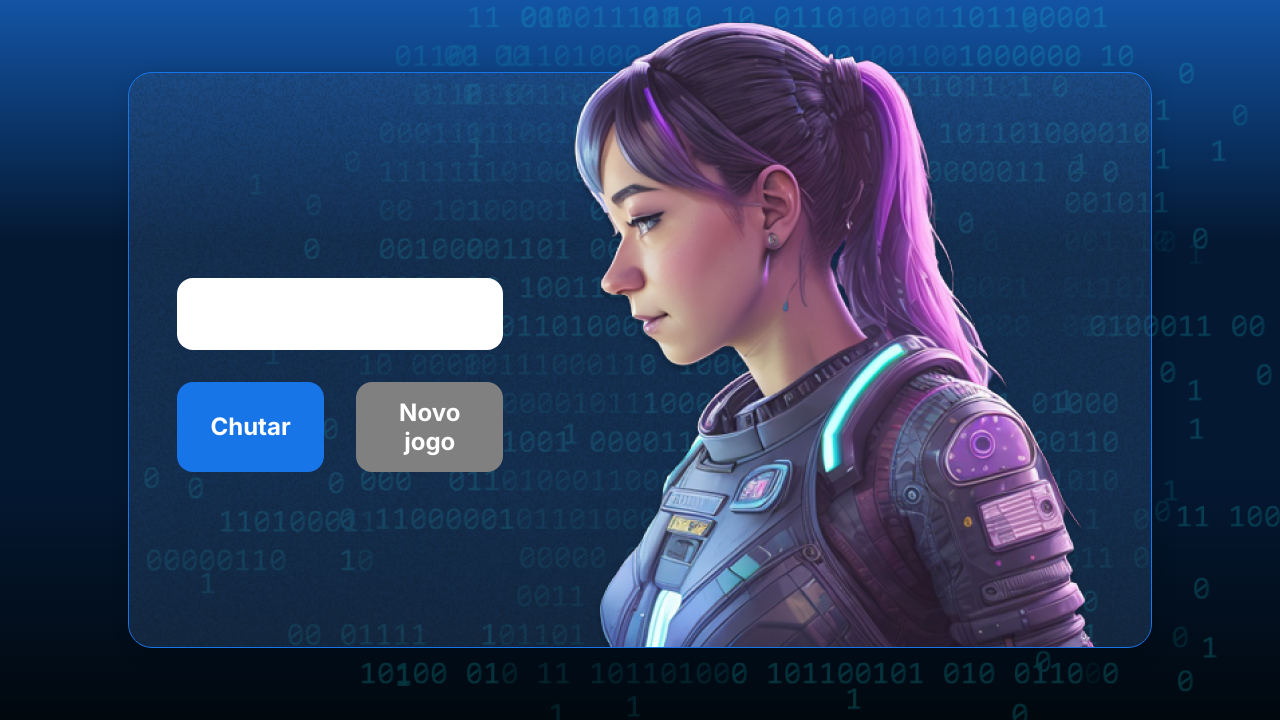
Repository: phsmottanerd/Jogo-Secreto
Page: index.html
An editor plug-in stored every save of this project. The page is shown before and after the next save, followed by the edit.
The browser window is 1280 px wide. The pictures show the whole page.

Above is the page before, as saved 2025-01-17 02:06:14.

### index.html
<!DOCTYPE html>
<html lang="pt-br">

<head>
    <meta charset="UTF-8">
    <meta name="viewport" content="width=device-width, initial-scale=1.0">
    <script src="https://code.responsivevoice.org/responsivevoice.js"></script>
    <link rel="preconnect" href="https://fonts.googleapis.com">
    <link rel="preconnect" href="https://fonts.gstatic.com" crossorigin>
    <link href="https://fonts.googleapis.com/css2?family=Chakra+Petch:wght@700&family=Inter:wght@400;700&display=swap"
        rel="stylesheet">
    <link rel="stylesheet" href="style.css">
    <title>JS Game</title>
</head>

<body>

    <div class="container">
        <div class="container__conteudo">
            <div class="container__informacoes">
                <div class="container__texto">
                    <h1></h1>
                    <p class="texto__paragrafo"></p>
                </div>
                <input type="number" min="1" max="10" class="container__input">
                <div class="chute container__botoes">
                    <button onclick="verificarChute()" class="container__botao">Chutar</button>
                    <button onclick="" id="reiniciar" class="container__botao" disabled>Novo jogo</button>
                </div>
            </div>
            <img src="./img/ia.png" alt="Uma pessoa olhando para a esquerda" class="container__imagem-pessoa" />
        </div>
    </div>




    <script src="app.js" defer></script>
</body>

</html>

### style.css
* {
    box-sizing: border-box;
    margin: 0;
    padding: 0;
    color: white;
}

body {
    background: linear-gradient(#1354A5 0%, #041832 33.33%, #041832 66.67%, #01080E 100%);
    height: 100vh;
    display: flex;
    align-items: center;
    justify-content: center;
}


body::before {
    background-image: url("img/code.png");
    background-repeat: no-repeat;
    background-position: right;
    content: "";
    display: block;
    position: absolute;
    width: 100%;
    height: 100%;
    opacity: 0.4;
}

.container {
    width: 80%;
    height: 80%;
    display: flex;
    align-items: center;
    justify-content: space-between;
    border-radius: 24px;
    border: 1px solid #1875E8;
    box-shadow: 4px 4px 20px 0px rgba(1, 8, 14, 0.15);
    background-image: url("img/Ruido.png");
    background-size: 100% 100%;
    position: relative;
}


.container__conteudo {
    display: flex;
    align-items: center;
    position: absolute;
    bottom: 0;
}

.container__informacoes {
    flex: 1;
    padding: 3rem;
}

.container__botao {
    border-radius: 16px;
    background: #1875E8;
    padding: 16px 24px;
    width: 100%;
    font-size: 24px;
    font-weight: 700;
    border: none;
    margin-top: 2rem;
}

.container__texto {
    margin: 16px 0 16px 0;
}

.container__texto-azul {
    color: #1875E8;
}

.container__input {
    width: 100%;
    height: 72px;
    border-radius: 16px;
    background-color: #FFF;
    border: none;
    color: #1875E8;
    padding: 2rem;
    font-size: 24px;
    font-weight: 700;
    font-family: 'Inter', sans-serif;
}

.container__botoes {
    display: flex;
    gap: 2em;
}

h1 {
    font-family: 'Chakra Petch', sans-serif;
    font-size: 72px;
    padding-bottom: 3rem;
}

p,
button {
    font-family: 'Inter', sans-serif;
}

.texto__paragrafo {
    font-size: 32px;
    font-weight: 400;
}

button:disabled {
    background-color: gray;
}

@media screen and (max-width: 1250px) {

    h1 {
        font-size: 50px;
    }

    .container__botao {
        font-size: 16px;
    }


    .texto__paragrafo {
        font-size: 24px;
    }

    .container__imagem-pessoa {
        display: none;
    }

    .container__conteudo {
        display: block;
        position: inherit;
    }

    .container__informacoes {
        padding: 1rem
    }
}

### app.js
let titulo =document.querySelector('h1');

After the next save:
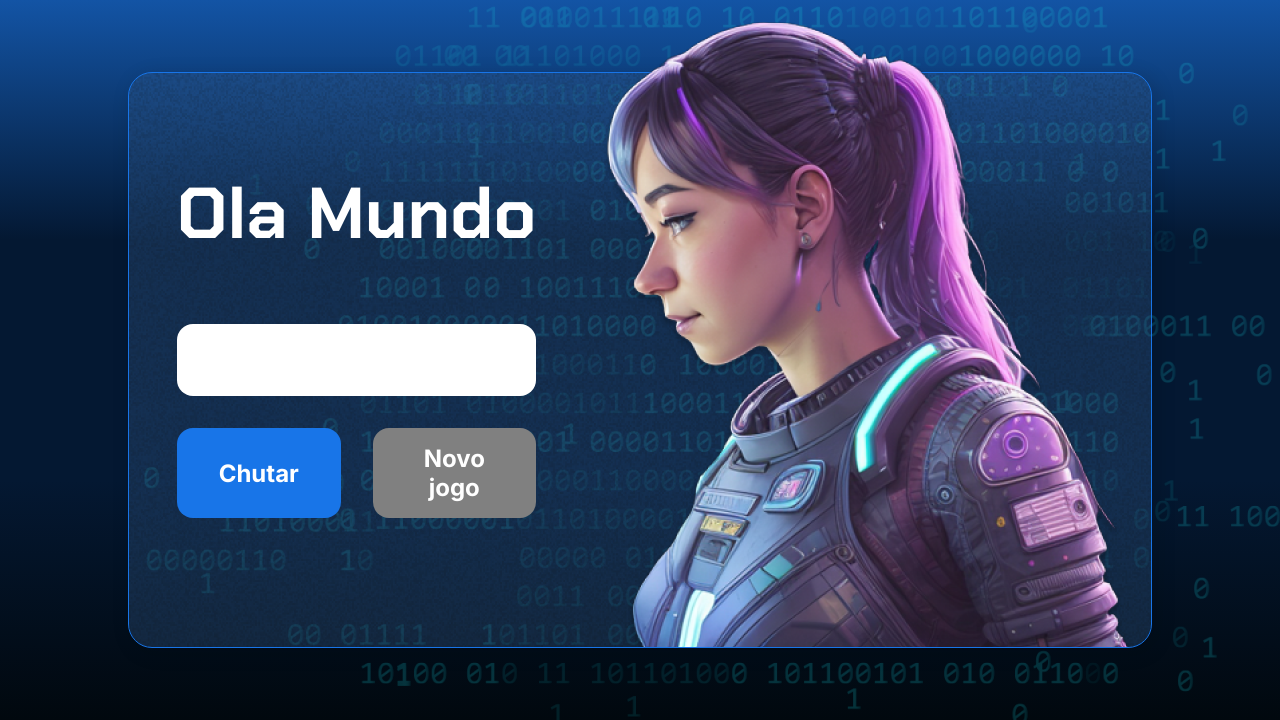
Saved 64 s later.
--- a/app.js
+++ b/app.js
@@ -1 +1,2 @@
 let titulo =document.querySelector('h1');
+titulo.innerHTML ='Ola Mundo';
